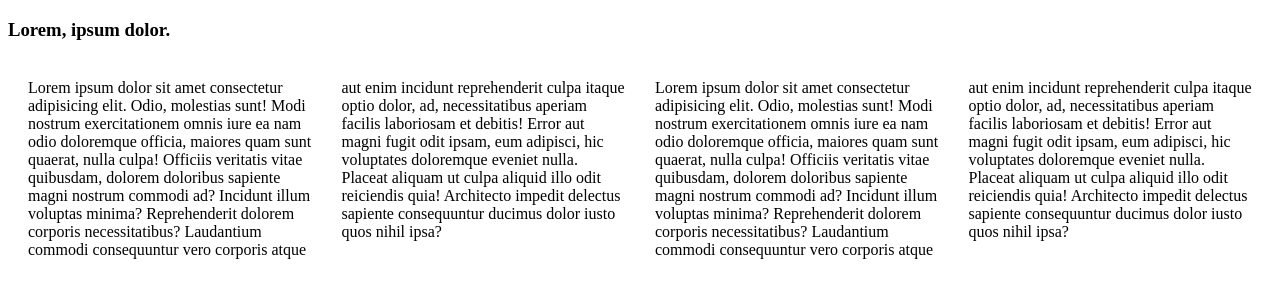
Repository: dinhhaidh/slider-book
Page: index.html
An editor plug-in stored every save of this project. The page is shown before and after a run of saves, followed by the edit.
The browser window is 1280 px wide. The pictures show the whole page.

Above is the page before, as saved 2024-01-15 09:54:28.

### index.html
<!DOCTYPE html>
<html lang="en">
<head>
    <meta charset="UTF-8">
    <meta name="viewport" content="width=device-width, initial-scale=1.0">
    <title>Document</title>
</head>
<style>
    .content{
        columns: 200px 4;
        column-gap: 30px;
        padding: 20px;
    }

    .title{
        column-span: all;
        display: block;
    }
    p{
        margin:  0;
    }
</style>
<body>
    <div class="container">
        <h3 class="title">Lorem, ipsum dolor.</h3>
        <div class="content">
            <p>Lorem ipsum dolor sit amet consectetur adipisicing elit. Odio, molestias sunt! Modi nostrum exercitationem omnis iure ea nam odio doloremque officia, maiores quam sunt quaerat, nulla culpa! Officiis veritatis vitae quibusdam, dolorem doloribus sapiente magni nostrum commodi ad? Incidunt illum voluptas minima? Reprehenderit dolorem corporis necessitatibus? Laudantium commodi consequuntur vero corporis atque aut enim incidunt reprehenderit culpa itaque optio dolor, ad, necessitatibus aperiam facilis laboriosam et debitis! Error aut magni fugit odit ipsam, eum adipisci, hic voluptates doloremque eveniet nulla. Placeat aliquam ut culpa aliquid illo odit reiciendis quia! Architecto impedit delectus sapiente consequuntur ducimus dolor iusto quos nihil ipsa?</p>
            <p>Lorem ipsum dolor sit amet consectetur adipisicing elit. Odio, molestias sunt! Modi nostrum exercitationem omnis iure ea nam odio doloremque officia, maiores quam sunt quaerat, nulla culpa! Officiis veritatis vitae quibusdam, dolorem doloribus sapiente magni nostrum commodi ad? Incidunt illum voluptas minima? Reprehenderit dolorem corporis necessitatibus? Laudantium commodi consequuntur vero corporis atque aut enim incidunt reprehenderit culpa itaque optio dolor, ad, necessitatibus aperiam facilis laboriosam et debitis! Error aut magni fugit odit ipsam, eum adipisci, hic voluptates doloremque eveniet nulla. Placeat aliquam ut culpa aliquid illo odit reiciendis quia! Architecto impedit delectus sapiente consequuntur ducimus dolor iusto quos nihil ipsa?</p>
        </div>
    </div>
</body>
</html>

After the next 2 saves:
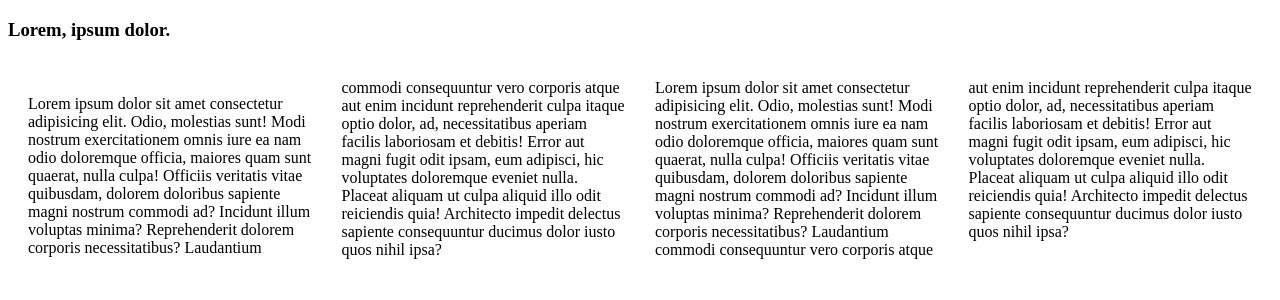
The 2 saves are shown as one change because they came seconds apart.
The last was saved 6 s later.
--- a/index.html
+++ b/index.html
@@ -11,14 +11,6 @@
         column-gap: 30px;
         padding: 20px;
     }
-
-    .title{
-        column-span: all;
-        display: block;
-    }
-    p{
-        margin:  0;
-    }
 </style>
 <body>
     <div class="container">

After the 2 saves that followed:
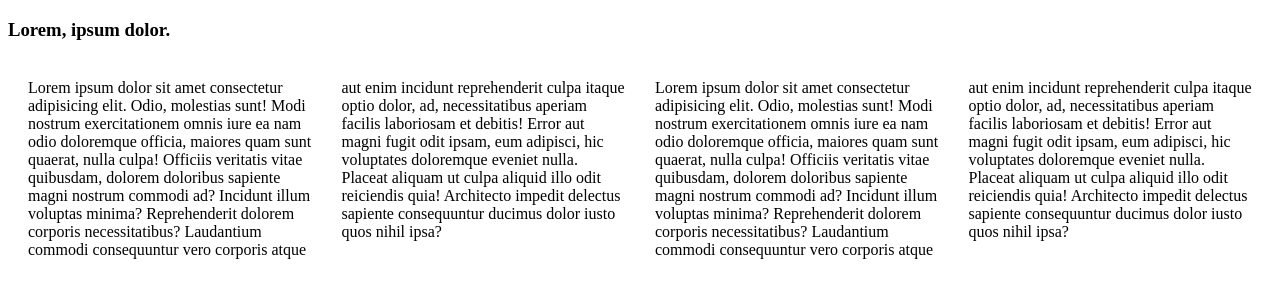
The 2 saves are shown as one change because they came seconds apart.
The last was saved 15 s later.
--- a/index.html
+++ b/index.html
@@ -11,6 +11,9 @@
         column-gap: 30px;
         padding: 20px;
     }
+    p{
+        margin: 0;
+    }
 </style>
 <body>
     <div class="container">
